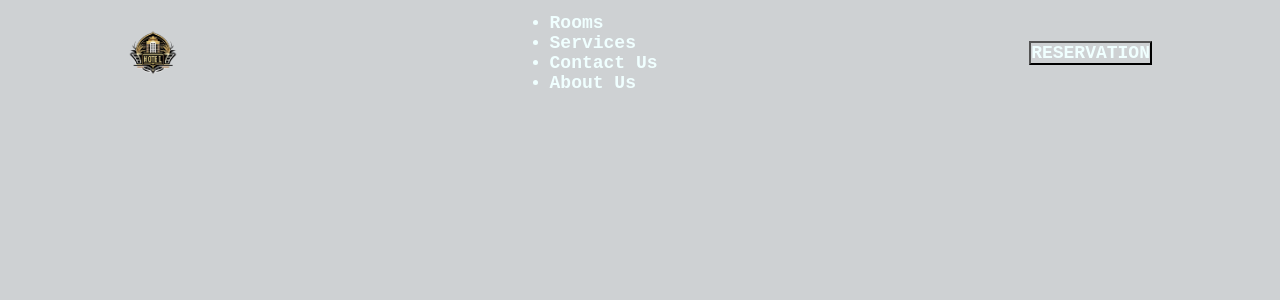
Repository: DhananjayaLakshan/Uom-Web_Design_For_Beginners
Page: Final Assignment/index.html
The author's editor kept a copy of each file at every save. The page is drawn from the files as they stood at one save, then again after the next save.
The browser window is 1280 px wide. The pictures show the whole page.

Above is the page before, as saved 2023-11-29 13:51:10.

### Final Assignment/index.html
<!DOCTYPE html>
<html lang="en">
<head>
    <meta charset="UTF-8">
    <meta name="viewport" content="width=device-width, initial-scale=1.0">
    <title>Ceylon Hotel</title>

    <link rel="stylesheet" href="style.css">
    <script src="script.js"></script>
</head>
<body>

    <header>
        <img class="logo" src="img/logo.png" alt="logo">

        <nav>
            <ul class="navBar">
                <li>
                    <a href="#"> Rooms</a>
                </li>

                <li>
                    <a href="#"> Services</a>
                </li>

                <li>
                    <a href="#"> Contact Us</a>
                </li>

                <li>
                    <a href="#"> About Us</a>
                </li>


            </ul>
        </nav>

        <a href="#"> <button>RESERVATION</button> </a>


    </header>

</body>
</html>

### Final Assignment/style.css
*{
    box-sizing: border-box;
    padding: 0;
    margin: 0;
    background-color: rgb(206, 209, 211);
}

li,a, button{
    font-family: 'Courier New', Courier, monospace;
    font-weight: 600;
    font-size: 18px;
    text-decoration: none;
    color: azure;
}

header{
    display: flex;
    justify-content: space-between;
    align-items: center;
    padding: 13px 10%;

}

.logo{
    width: 50px;
}

Loaded but not shown: Final Assignment/script.js (no stored copy; drawn as an empty file)

After the next save:
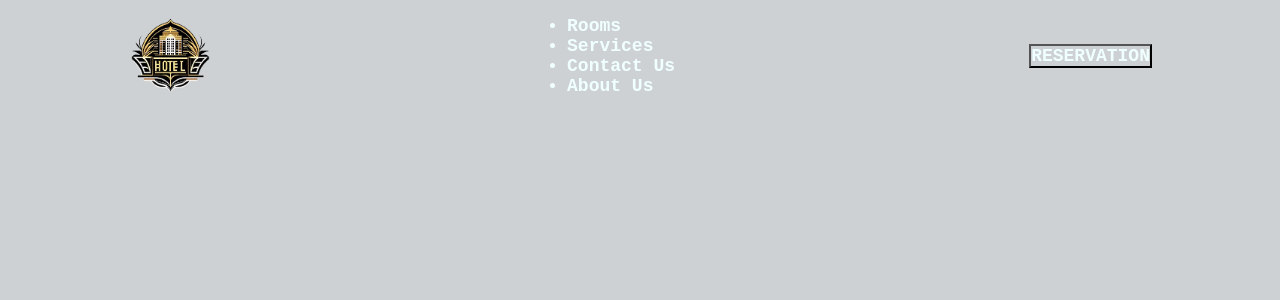
Saved 6 s later.
--- a/Final Assignment/style.css
+++ b/Final Assignment/style.css
@@ -22,5 +22,5 @@
 }
 
 .logo{
-    width: 50px;
+    width: 85px;
 }
